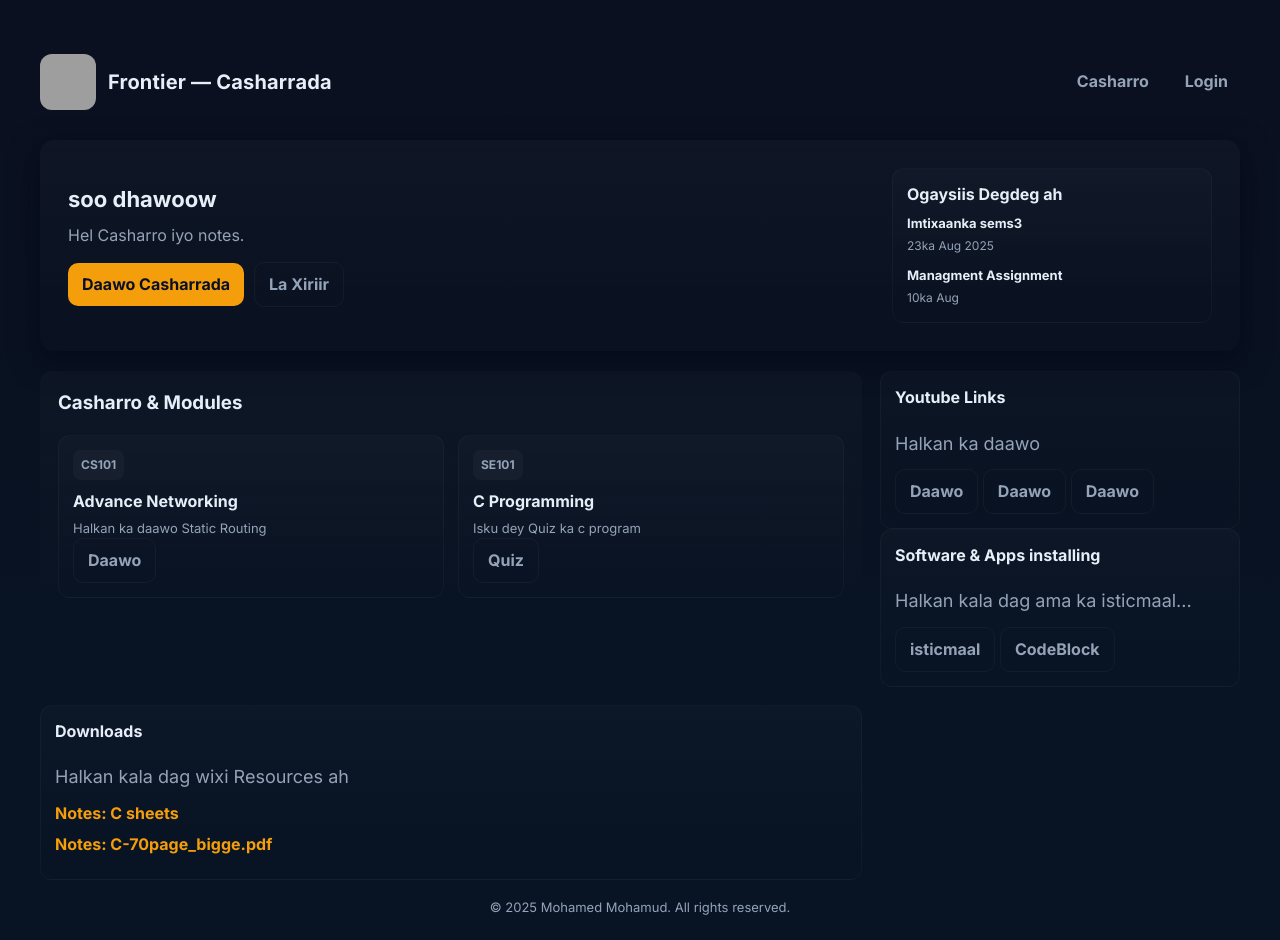
Repository: mrfiiqane/Al-Tacaawun.com
Page: index.html
The author's editor kept a copy of each file at every save. The page is drawn from the files as they stood at one save, then again after the next save.
The browser window is 1280 px wide. The pictures show the whole page.
Pictures or frames that could not be fetched are drawn as grey boxes.

Above is the page before, as saved 2025-08-12 09:01:06.

After the next save:
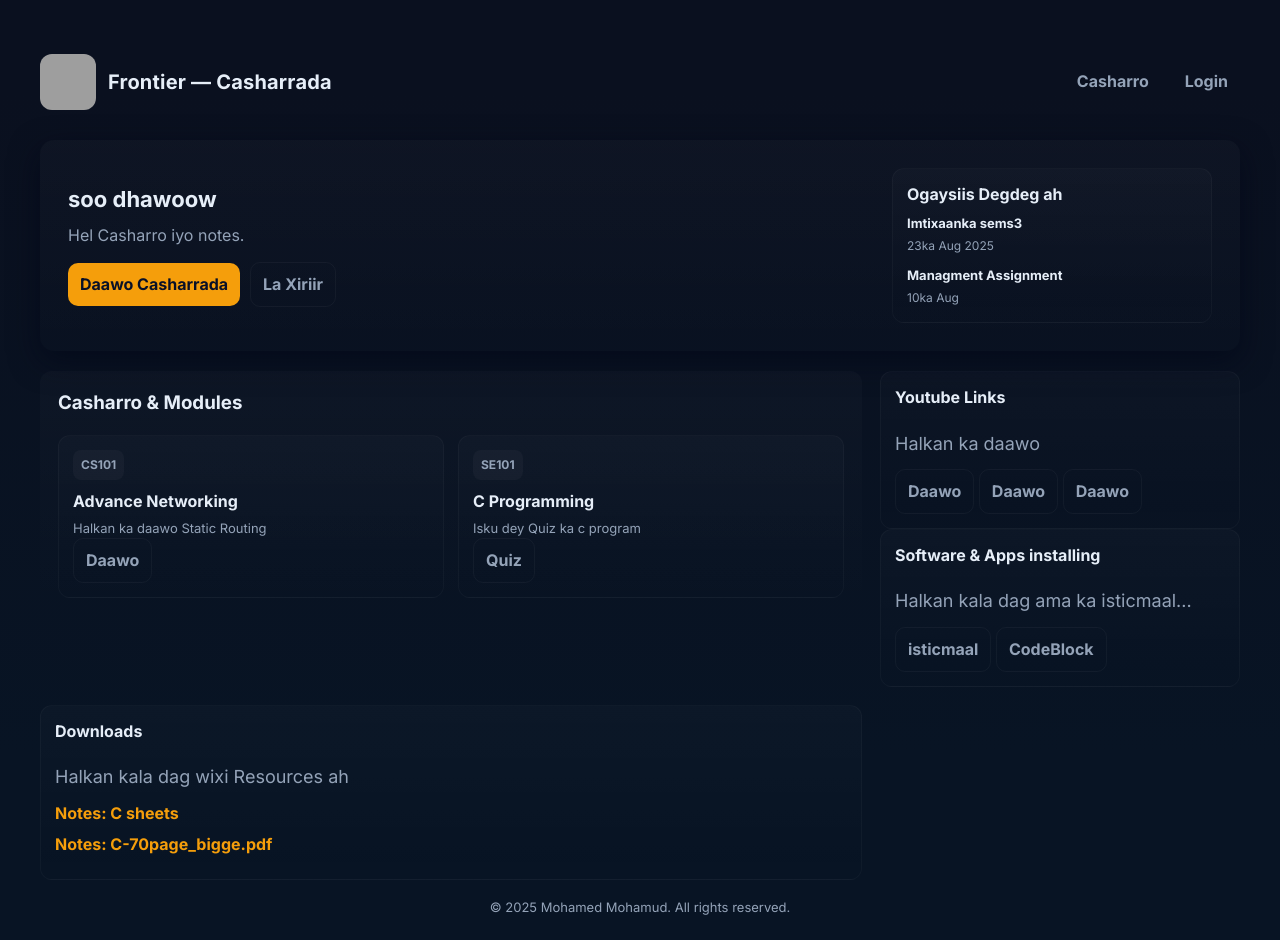
Saved 41 s later.
--- a/style.css
+++ b/style.css
@@ -98,7 +98,7 @@
     .btn{
       background:var(--accent);
       color:#081028;
-      padding:10px 14px;
+      padding:10px 12px;
       border-radius:10px;
       font-weight:700;
       border:none;
